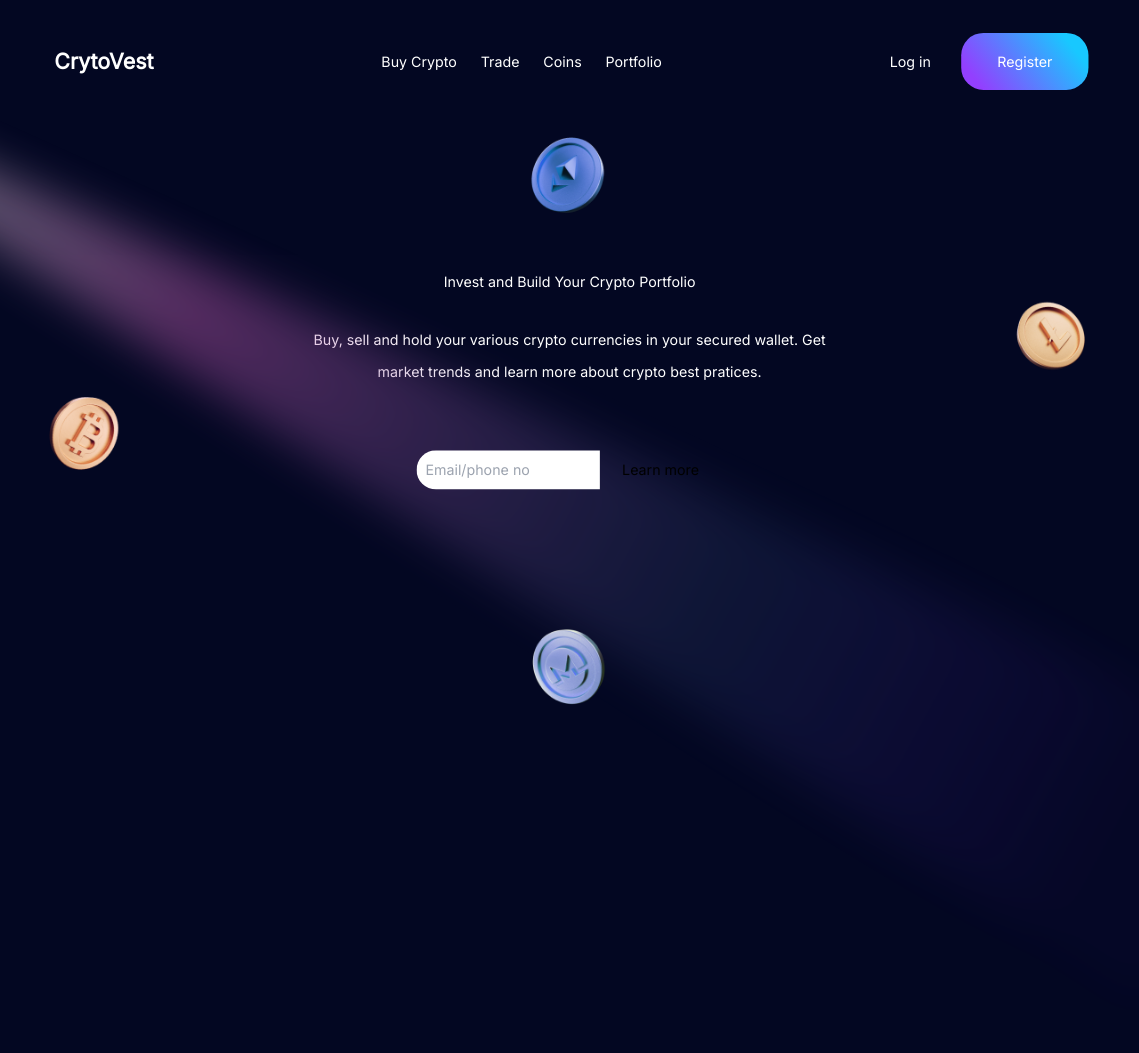
Repository: Eugene44-hub/cryptovest
Page: /
An editor plug-in stored every save of this project. The page is shown before and after the next save, followed by the edit.
The browser window is 1280 px wide. The pictures show the whole page, at 89% of full size.
The project was rebuilt for these pictures with package versions that can differ from the ones it lists, and the page was loaded fresh each time. Also part of the build but not shown: vite.config.ts.

Above is the page before, as saved 2022-07-16 00:02:39.

After the next save:
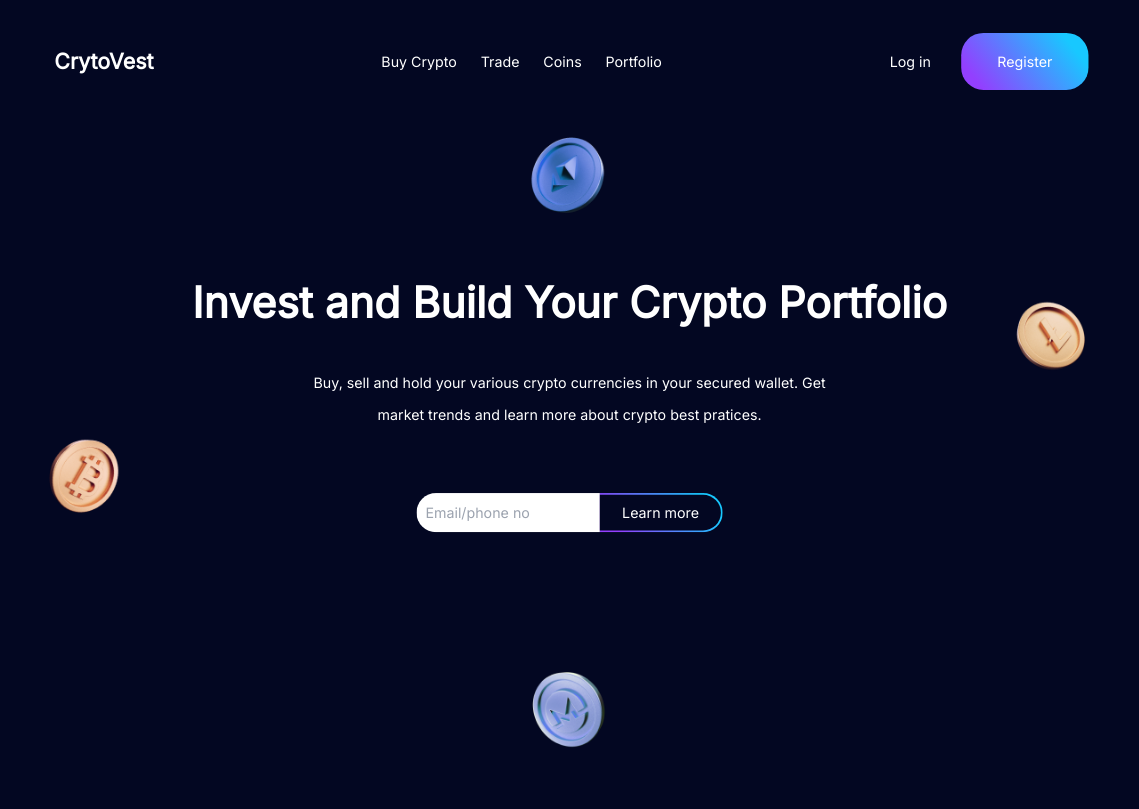
Saved 16 s later.
--- a/src/components/hero/Hero.tsx
+++ b/src/components/hero/Hero.tsx
@@ -7,8 +7,8 @@
 import styles from "./Hero.module.scss"
 const Hero = () => {
   return (
-    <section>
-      <img src={spotlight} className="absolute left-0" alt="" />
+    <section className={`${styles.section}`}>
+      {/* <img src={spotlight} className="absolute left-0" alt="" /> */}
       <article className={`${styles.container} container px-[24px]`}>
 
         <img src={etherum} className="m-auto w-[20%] md:w-auto mt-[10px]" alt="etherum" />
